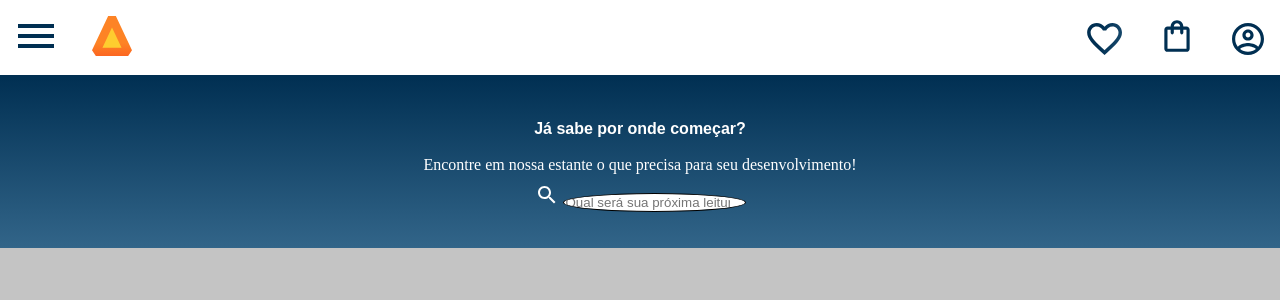
Repository: DamnDTX/projeto-mobile
Page: index.html
The author's editor kept a copy of each file at every save. The page is drawn from the files as they stood at one save, then again after the next save.
The browser window is 1280 px wide. The pictures show the whole page.

Above is the page before, as saved 2023-07-28 09:41:43.

After the next save:
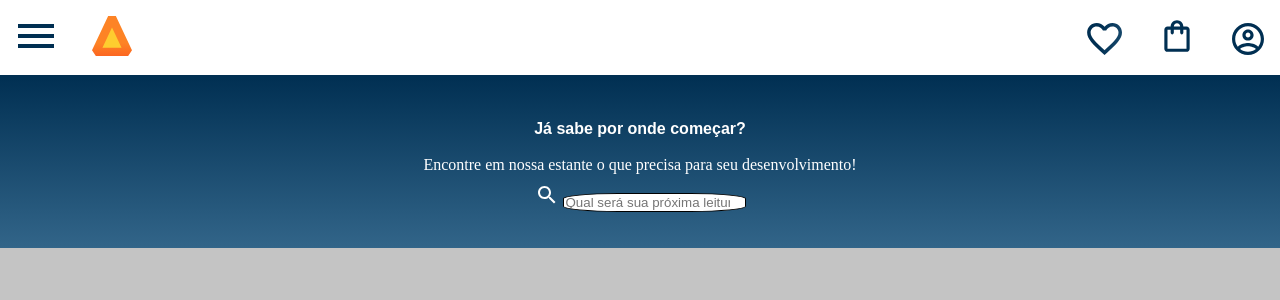
Saved 5 s later.
--- a/styles/banner.css
+++ b/styles/banner.css
@@ -35,5 +35,5 @@
 
 .banner__pesquisa{
     border: 1px solid;
-    border-radius: 50%;
+    border-radius: 30%;
 }
